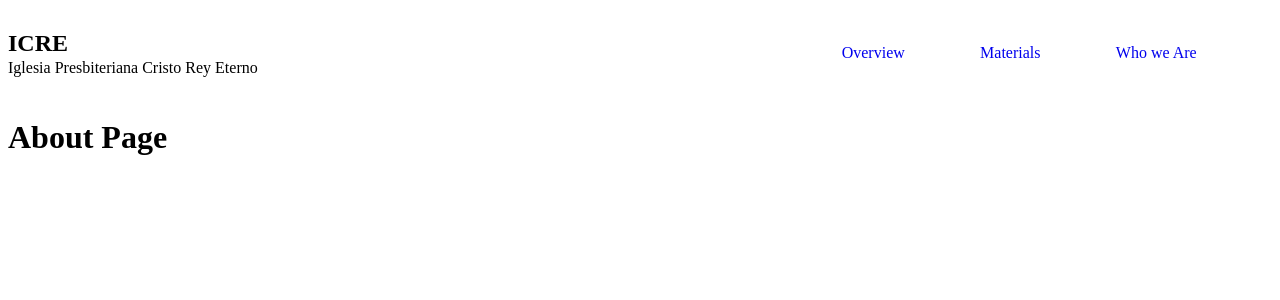
Repository: programmer686/Third-times-a-charm
Page: /About
The author's editor kept a copy of each file at every save. The page is drawn from the files as they stood at one save, then again after the next save.
The browser window is 1280 px wide. The pictures show the whole page.
The project was rebuilt for these pictures with package versions that can differ from the ones it lists, and the page was loaded fresh each time. The framework's server and built-in components were replaced by stand-ins that run in the browser. Also part of the build but not shown: next.config.js, src/styles/globals.css.

Above is the page before, as saved 2023-04-23 15:31:02.

### src/pages/_app.tsx
import '@/styles/globals.css'
import type { AppProps } from 'next/app'
import Layout from '@/comps/Layout'

export default function App({ Component, pageProps }: AppProps) {
  return (

  <Layout>
    <Component {...pageProps} />
  </Layout>
  )
}

### src/pages/About.tsx
import Image from 'next/image'
import { Inter } from 'next/font/google'


export default function About() {
  return (
    <>
        <h1>About Page</h1>
    </>
  )
}

### src/comps/Layout.tsx
import Navbar from "./Header/Navbar";

export default function Layout({children}) {
    return (
        <>
            <Navbar/>
            <main>{children}</main>
        </>
    )
}

### src/comps/Header/Navbar.tsx
import Link from "next/link";
import styles from "@/styles/Navbar.module.css"
import Logo from "../Logo";
export default function Navbar() {
    return (
            <nav className={styles.nav_container}>
                <Logo/>
                    <ul className={styles.nav_link__container}>
                        <li className={styles.nav_link_li}>
                            <Link href="/" className={styles.nav_link_link}>
                                Overview
                            </Link>
                        </li>
                        <li className={styles.nav_link_li}>
                            <Link href="/Materials" className={styles.nav_link_link}>
                                Materials
                            </Link>
                        </li>
                        <li className={styles.nav_link_li}>
                            <Link href="/About" className={styles.nav_link_link}>
                                Who we Are
                            </Link>
                        </li>
                    </ul>
            </nav>
    )
}

### src/styles/Navbar.module.css
.nav_container {
    width: 100%;
    padding: 0;
    margin: 0;
    display: flex;
    justify-content: space-between;
    align-items: center;
}

.nav_link__container {
    width: 40%;
    display: flex;
    justify-content: space-evenly;
    padding: 20px 0px;
    text-decoration: none;
}

.nav_link_li {

    list-style: none;
}

.nav_link_link {
    text-decoration: none;
}

### src/comps/Logo.tsx
import styles from "@/styles/Logo.module.css"

export default function Logo() {
    return (
        <main className={styles.logo_container}>
            <h1 className={styles.logo_icre_logo}>ICRE</h1>
            <p className={styles.logo_icre_fullname}>Iglesia Presbiteriana Cristo Rey Eterno</p>
        </main>
    )
}

### src/styles/Logo.module.css
.logo_conteinr, .logo_icre_logo, .logo_icre_fullname {
    padding: 0;
    margin: 2px 0;
}

Loaded but not shown: src/pages/_document.tsx (common file)

After the next save:
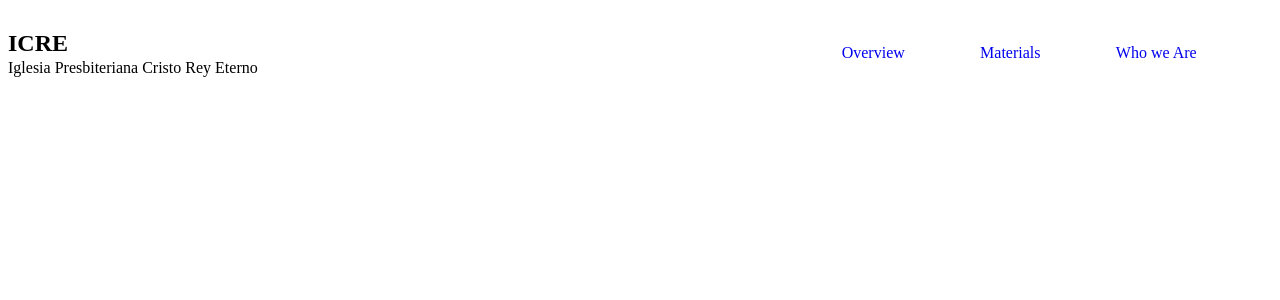
Saved 16 s later.
--- a/src/pages/About.tsx
+++ b/src/pages/About.tsx
@@ -5,7 +5,7 @@ import { Inter } from 'next/font/google'
 export default function About() {
   return (
     <>
-        <h1>About Page</h1>
+
     </>
   )
 }
